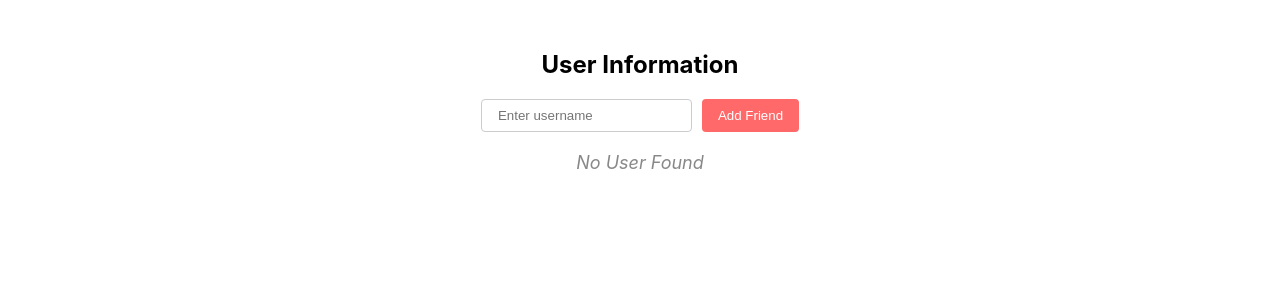
Repository: Sanketh149/leetcode-discord
Page: /
These files come from the project's save history. The page is drawn as it stood at one moment and after the next save; the edit follows.
The browser window is 1280 px wide. The pictures show the whole page.
The project was rebuilt for these pictures with package versions that can differ from the ones it lists, and the page was loaded fresh each time. Also part of the build but not shown: src/Modal.module.css, src/Modal.js, src/Cart.module.css, src/Cart.js.

Above is the page before, as saved 2023-06-21 16:26:08.

After the next save:
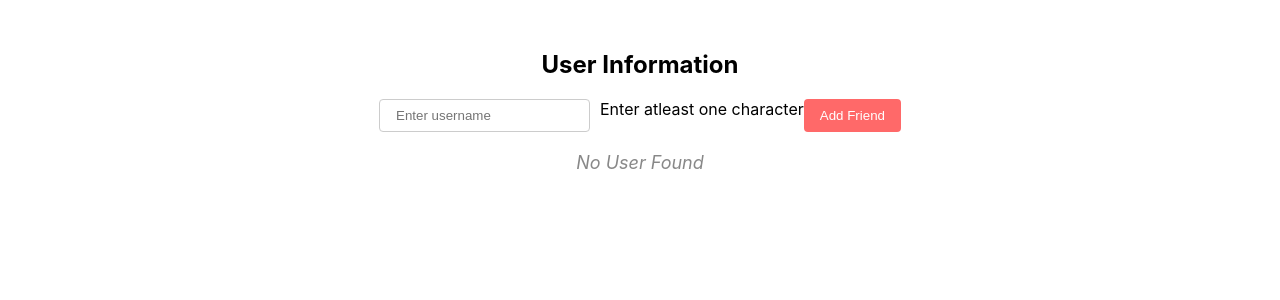
Saved 2 min 18 s later.
--- a/src/App.js
+++ b/src/App.js
@@ -85,6 +85,7 @@
           placeholder="Enter username"
           className="app__input"
         />
+        {isSubmitDisabled === true && <div>Enter atleast one character</div>}
         <button
           type="submit"
           className={`${
